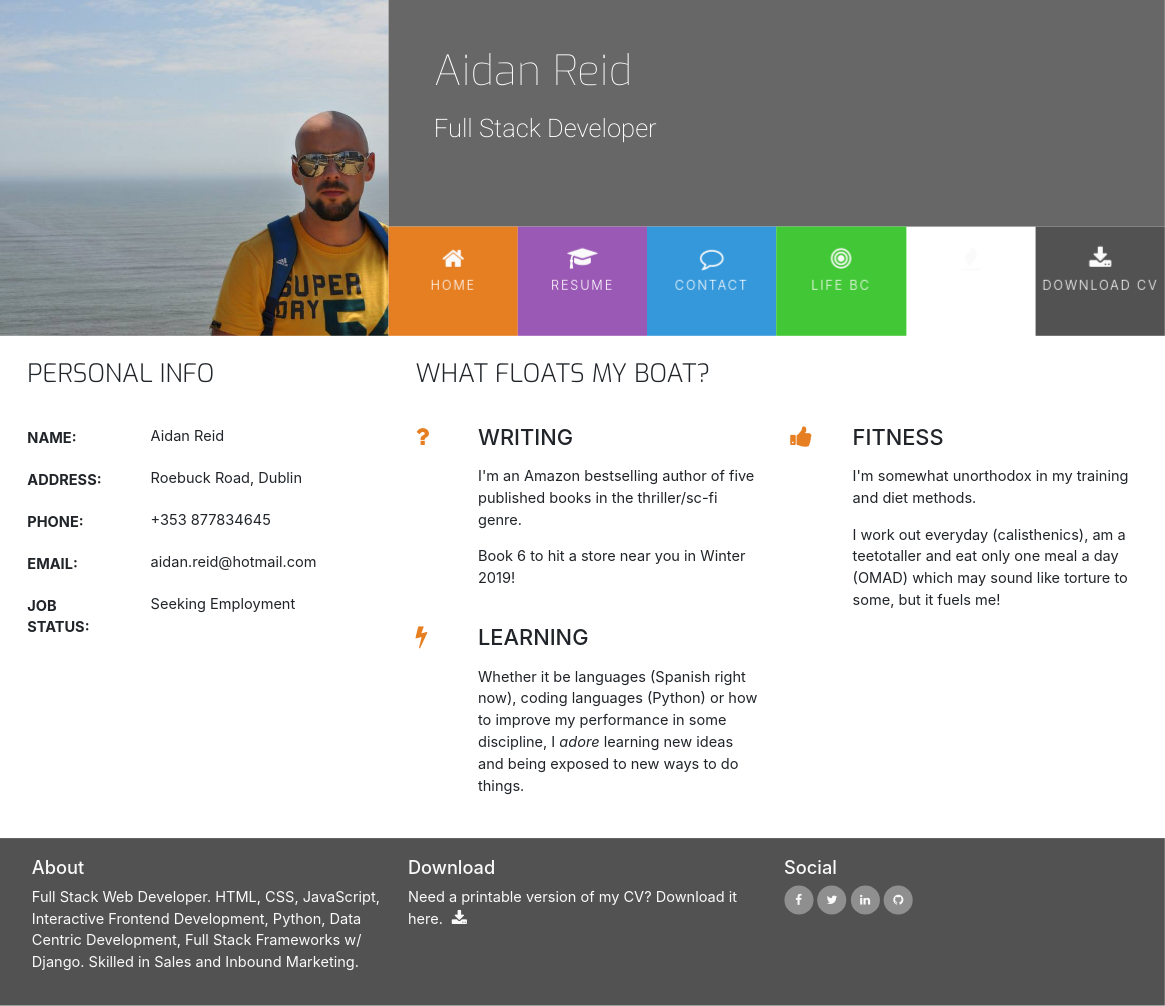
Repository: AidanJReid/Resume
Page: interests.html
The author's editor kept a record of every edit. The page is drawn from the files as they stood at one moment, then again after the next edit.
The browser window is 1280 px wide. The pictures show the whole page, at 91% of full size.

Above is the page before.

### interests.html
<!DOCTYPE html>
<html lang="en">

<head>
    <meta charset="UTF-8">
    <meta name="viewport" content="width=device-width, initial-scale=1.0">
    <meta http-equiv="X-UA-Compatible" content="ie=edge">
    <link rel="stylesheet" href="https://stackpath.bootstrapcdn.com/bootstrap/4.3.1/css/bootstrap.min.css" type="text/css" />
    <link rel="stylesheet" href="https://stackpath.bootstrapcdn.com/font-awesome/4.7.0/css/font-awesome.min.css" type="text/css" />
    <link rel="stylesheet" href="https://cdnjs.cloudflare.com/ajax/libs/hover.css/2.3.1/css/hover-min.css" type="text/css" />
    <link rel="stylesheet" href="assets/css/style.css" type="text/css" />
    <title>Aidan</title>
</head>

<body>
    <header>
        <div class="row no-gutters">
            <a href="index.html" class="col-lg-4 logo">

            </a>
            <div class="col-lg-8">
                <div class="row no-gutters bg-color-name-title">
                    <div class="col heading">
                        <h1 class="name">Aidan Reid</h1>
                        <h2 class="title">Full Stack Developer</h2>
                    </div>
                </div>
                <div class="row no-gutters">
                    <div class="col">
                        <ul id="nav" class="list-inline menucontainer">
                            <li class="col-6 col-sm-2 ui-menu-color-home list-inline-item menuitem">
                                <a href="index.html" class="hvr-sweep-to-bottom">
                                    <i class="fa fa-home" aria-hidden="true"></i>
                                    <span>Home</span>
                                </a>
                            </li>
                            <li class="col-6 col-sm-2 ui-menu-color-resume list-inline-item menuitem">
                                <a href="resume.html" class="hvr-sweep-to-bottom">
                                    <i class="fa fa-graduation-cap" aria-hidden="true"></i>
                                    <span>Resume</span>
                                </a>
                            </li>
                            <li class="col-6 col-sm-2 ui-menu-color-contact list-inline-item menuitem">
                                <a href="contact.html" class="hvr-sweep-to-bottom">
                                    <i class="fa fa-comment-o" aria-hidden="true"></i>
                                    <span>Contact</span>
                                </a>
                            </li>
                            <li class="col-6 col-sm-2 ui-menu-color-life list-inline-item menuitem">
                                <a href="life.html" class="hvr-sweep-to-bottom">
                                    <i class="fa fa-bullseye" aria-hidden="true"></i>
                                    <span>Life BC</span>
                                </a>
                            </li>
                            <li class="col-6 col-sm-2 ui-menu-color-interests list-inline-item menuitem">
                                <a href="interests.html" class="hvr-sweep-to-bottom">
                                    <i class="fa fa-fire" aria-hidden="true"></i>
                                    <span>Interests</span>
                                </a>
                            </li>
                            <li class="col-6 col-sm-2 ui-menu-color-download list-inline-item menuitem">
                                <a href="assets/CV/19AidReidCV.docx" target="_blank" class="hvr-sweep-to-bottom">
                                    <i class="fa fa-download" aria-hidden="true"></i>
                                    <span>Download CV</span>
                                </a>
                            </li>
                        </ul>
                    </div>
                </div>
            </div>
        </div>
    </header>
    <section class="container-fluid">
        <div class="row">
            <div class="col-md-4 bg-color-interests section-column">
                <div class="row">
                    <div class="col-12">
                        <h3 class="section-heading uppercase">Personal Info</h3>
                    </div>
                </div>
                <div class="personal-info-item">
                    <div class="key">
                        <p class="uppercase">
                            Name:
                        </p>
                    </div>
                    <div class="value">
                        <p>
                            Aidan Reid
                        </p>
                    </div>
                </div>
                <div class="personal-info-item">
                    <div class="key">
                        <p class="uppercase">
                            Address:
                        </p>
                    </div>
                    <div class="value">
                        <p>
                            Roebuck Road, Dublin
                        </p>
                    </div>
                </div>
                <div class="personal-info-item">
                    <div class="key">
                        <p class="uppercase">
                            Phone:
                        </p>
                    </div>
                    <div class="value">
                        <p>
                            +353 877834645
                        </p>
                    </div>
                </div>
                <div class="personal-info-item">
                    <div class="key">
                        <p class="uppercase">
                            Email:
                        </p>
                    </div>
                    <div class="value">
                        <p>
                            aidan.reid@hotmail.com
                        </p>
                    </div>
                </div>
                <div class="personal-info-item">
                    <div class="key">
                        <p class="uppercase">
                            Job Status:
                        </p>
                    </div>
                    <div class="value">
                        <p>
                            Seeking Employment
                        </p>
                    </div>
                </div>
            </div>
            <div class="col-md-8 bg-color-three-reasons section-column">
                <div class="row">
                    <div class="col">
                        <h3 class="section-heading uppercase">What floats my boat?</h3>
                    </div>
                </div>
                <div class="row">
                    <div class="col-10 offset-1 offset-sm-0 col-sm-4 col-md-6">
                        <div class="row">
                            <div class="col-2">
                                <i class="three-reasons-icon fa fa-question" aria-hidden="true"></i>
                            </div>
                            <div class="col-10">
                                <h4 class="three-reasons-heading uppercase" aria-hidden="true">Writing</h4>
                                <p>
                                    I'm an Amazon bestselling author of five published books in the thriller/sc-fi genre.
                                </p>
                                <p>Book 6 to hit a store near you in Winter 2019!</p>
                            </div>
                        </div>
                    </div>
                    <div class="col-10 offset-1 offset-sm-0 col-sm-4 col-md-6">
                        <div class="row">
                            <div class="col-2">
                                <i class="three-reasons-icon fa fa-thumbs-up" aria-hidden="true"></i>
                            </div>
                            <div class="col-10">
                                <h4 class="three-reasons-heading uppercase" aria-hidden="true">Fitness</h4>
                                <p>
                                    I'm somewhat unorthodox in my training and diet methods.</p>
                                <p> I work out everyday (calisthenics), am a teetotaller and eat only one meal a day (OMAD) which may sound like torture to some, but it fuels me!
                                </p>
                            </div>
                        </div>
                    </div>
                    <div class="col-10 offset-1 offset-sm-0 col-sm-4 col-md-6">
                        <div class="row">
                            <div class="col-2">
                                <i class="three-reasons-icon fa fa-bolt" aria-hidden="true"></i>
                            </div>
                            <div class="col-10">
                                <h4 class="three-reasons-heading uppercase" aria-hidden="true">Learning</h4>
                                <p>
                                    Whether it be languages (Spanish right now), coding languages (Python) or how to improve my performance in some discipline, I <em>adore</em> learning new ideas and being exposed to new ways to do things.
                                </p>
                            </div>
                        </div>
                    </div>
                </div>
            </div>

    </section>
    <footer class="container-fluid">
        <div id="footer-details" class="row">
            <div class="col-sm-4">
                <h5 class="uppercase-general-sub">About</h5>
                <p class="inline-block">
                    Full Stack Web Developer. HTML, CSS, JavaScript, Interactive Frontend Development, Python, Data Centric Development, Full Stack Frameworks w/ Django. Skilled in Sales and Inbound Marketing.
                </p>
            </div>
            <div class="col-sm-4">
                <h5 class="uppercase-general-sub">Download</h5>
                <p class="inline-block">
                    Need a printable version of my CV? Download it here.
                    <a href="assets/CV/19AidReidCV.docx" target="_blank" class="cv-pdf">
                        <i class="fa fa-download" aria-hidden="true"></i>
                        <span class="sr-only">Download link.</span>
                    </a>
                </p>
            </div>
            <div class="col-sm-4">
                <h5 class="uppercase-general-sub">Social</h5>
                <ul class="list-inline social-links">
                    <li class="list-inline-item">
                        <a href="https://www.facebook.com/aidanjreidauthor/" target="_blank">
                            <i class="fa fa-facebook" aria-hidden="true"></i>
                            <span class="sr-only">Facebook</span>
                        </a>
                    </li>
                    <li class="list-inline-item">
                        <a href="https://twitter.com/AidanJReid" target="_blank">
                            <i class="fa fa-twitter" aria-hidden="true"></i>
                            <span class="sr-only">Twitter</span>
                        </a>
                    </li>
                    <li class="list-inline-item">
                        <a href="https://www.linkedin.com/in/aidanreid/" target="_blank">
                            <i class="fa fa-linkedin" aria-hidden="true"></i>
                            <span class="sr-only">Linkedin</span>
                        </a>
                    </li>
                    <li class="list-inline-item">
                        <a href="https://github.com/AidanJReid" target="_blank">
                            <i class="fa fa-github" aria-hidden="true"></i>
                            <span class="sr-only">Github</span>
                        </a>
                    </li>
                </ul>
            </div>
        </div>

    </footer>

</body>

</html>

### assets/css/style.css
@import url('https://fonts.googleapis.com/css?family=Roboto:100,200,300,400,500,600,700|Exo:100,200,300,400,500,600,700');

/* -----------------------------------Colours */

.bg-color-name-title {
    background-color: #676767;
}

.bg-color-three-reasons {
    background-color: #fff;
}

.bg-color-personal-info {
    background-color: #f4f4f4;
}

.bg-color-work-history {
    background-color: #9b59b6;
}

.bg-color-contact {
    background-color: #fff;
}

.ui-menu-color-home {
    background-color: #e67e22;
}

.ui-menu-color-resume {
    background-color: #9b59b6;
}

.ui-menu-color-life {
    background-color: #42c736;
}

.ui-menu-color-interests {
    background-color: ;
}

.ui-menu-color-contact {
    background-color: #3498db;
}

.ui-menu-color-download {
    background-color: #525252;
}



/* -----------------------------------Special paddings/margins/text */

h1,
h2,
h3,
h4 {
    margin: 0;
}

.uppercase {
    text-transform: uppercase;
}

.general-sub {
    font-family: "Exo", sans-serif;
    font-weight: 300;
    color: #fafafa;
}

.inline-block {
    display: inline-block;
}

.row-table {
    display: table;
}

.section-column {
    display: table-cell;
    padding: 0 30px 30px;
    float: none;
}

.history-heading,
.section-heading {
    font-family: "Exo", sans-serif;
    font-weight: 300;
    margin-top: 25px;
    margin-bottom: 40px;
}

/* -----------------------------------Heading */

header {
    margin: 0;
}

.heading {
    margin-left: 50px;
}

.logo {
    background: url("../images/AJ.jpg");
    background-position: center;
    background-repeat: no-repeat;
    background-size: cover;
    min-height: 360px;
    transition: all .5s ease-in-out;
    -moz-transition: all .5s ease-in-out;
    -webkit-transition: all .5s ease-in-out;
}

.name {
    font-family: "Exo", sans-serif;
    font-weight: 100;
    font-size: 46px;
    margin-top: 50px;
    color: #fff;
}

.title {
    font-family: "Roboto", sans-serif;
    font-weight: 200;
    font-size: 28px;
    margin-top: 20px;
    margin-bottom: 90px;
    color: #fff;
}



.list-inline-item:not(:last-child) {
    margin: 0;
}

.menucontainer {
    font-size: 0;
}

#nav {
    margin: 0;
}

#nav li {
    font-size: 14px;
    padding: 0;
}

.menuitem {
    height: 120px;
    text-align: center;
    padding: 0;
}

.menuitem a {
    width: 100%;
    text-decoration: none;
    color: #fff;
    height: 120px;
}

.menuitem a i {
    padding-top: 22px;
    display: block;
    color: #fafafa;
    font-size: 26px;
}

.menuitem span {
    display: block;
    width: 100%;
    padding-top: 5px;
    text-align: center;
    text-transform: uppercase;
    font-size: 14px;
    font-weight: 300;
    letter-spacing: 2px;
}

/* -----------------------------------Hover.css */

.hvr-sweep-to-bottom:before {
    background: rgba(0, 0, 0, 0.2);
    height: 120px;
}

/* -----------------------------------Footer */

footer {
    background-color: #525252;
    color: #fafafa;
    min-height: 120px;
    margin: 0;
}

.cv-pdf i {
    font-size: 18px;
    color: #fafafa;
    text-align: center;
    padding-left: 5px;
    transition: all 0.35s ease-in-out;
    -moz-transition: all 0.35s ease-in-out;
    -webkit-transition: all 0.35s ease-in-out;
    -o-transition: all 0.35s ease-in-out;
}

.cv-pdf i:hover {
    color: #e84610;
}

.social-links {
    padding-bottom: 15px;
}

.social-links li a i {
    width: 32px;
    height: 32px;
    padding: 12px 0;
    border-radius: 50%;
    font-size: 13px;
    line-height: 7px;
    text-align: center;
    color: #fafafa;
    background: #8f8f8f;
    transition: all 0.35s ease-in-out;
    -moz-transition: all 0.35s ease-in-out;
    -webkit-transition: all 0.35s ease-in-out;
    -o-transition: all 0.35s ease-in-out;
}

.social-links li a i:hover {
    background: #e84610;
}

#footer-details {
    padding: 20px;
}

/* -----------------------------------3 reasons */

.three-reasons-icon {
    font-size: 26px;
    color: #e67e22;
}

.three-reasons-heading {
    margin-bottom: 15px;
}

/* -----------------------------------Personal Info */

.personal-info-item {
    margin-bottom: 20px;
    display: block;
    clear: both;
}

.personal-info-item .key,
.personal-info-item .value {
    padding-right: 8px;
    display: inline-block;
}

.personal-info-item .key p,
.personal-info-item .value p {
    margin: 0;
}

.personal-info-item .key {
    width: 30%;
    margin-right: 21px;
    padding-top: 2px;
    vertical-align: top;
}

.personal-info-item .key p {
    font-weight: 700;
}

.personal-info-item .value {
    position: relative;
    width: 60%;
}

/* -----------------------------------Skills */

.progress {
    position: relative;
    height: 25px;
    margin-bottom: 4px;
}

.progress-type {
    position: absolute;
    left: 0px;
    font-weight: 400;
    padding: 3px 30px 2px 10px;
    color: #fafafa;
    background-color: rgba(25, 25, 25, 0.2);
}

.progress-section {
    margin: 40px 20px;
}

/* -----------------------------------Work History */

.history-heading {
    color: #fafafa;
    margin-bottom: 50px;
}

.timeline-item {
    padding: 4em 2em 0em 2em;
    position: relative;
    color: #fafafa;
    border-left: 1px solid;
}

.timeline-item p {
    padding: 0;
    margin: 0;
}

.timeline-item:before {
    content: attr(data-dates);
    position: absolute;
    left: 2.5em;
    top: 3em;
    display: block;
    font-family: "Exo", sans-serif;
    font-weight: 500;
    font-size: 0.8em;
    padding: 0;
    margin: 0;
}

.timeline-item:after {
    width: 12px;
    height: 12px;
    display: block;
    top: 2.4em;
    position: absolute;
    left: -6px;
    border-radius: 12px;
    content: '';
    background: #fafafa;
}

.history-items {
    margin-bottom: 30px;
}

/* -----------------------------------Contact Form */

.contact-heading {
    font-family: "Exo", sans-serif;
    font-weight: 300;
    margin-top: 25px;
    margin-bottom: 20px;
}

.center-form {
    padding-top: 10px;
    margin: 0 auto;
    max-width: 70%;
}

button[type="submit"] {
    margin-top: 15px;
    margin-bottom: 20px;
    color: #fafafa;
    background-color: #e84610;
}

/* -----------------------------------Media Queries */

@media(min-width: 992px) {
    .center-form {
        padding-top: 30px;
        min-height: 240px;
        margin: 0 auto;
        max-width: 50%;
    }
}

After the next edit:
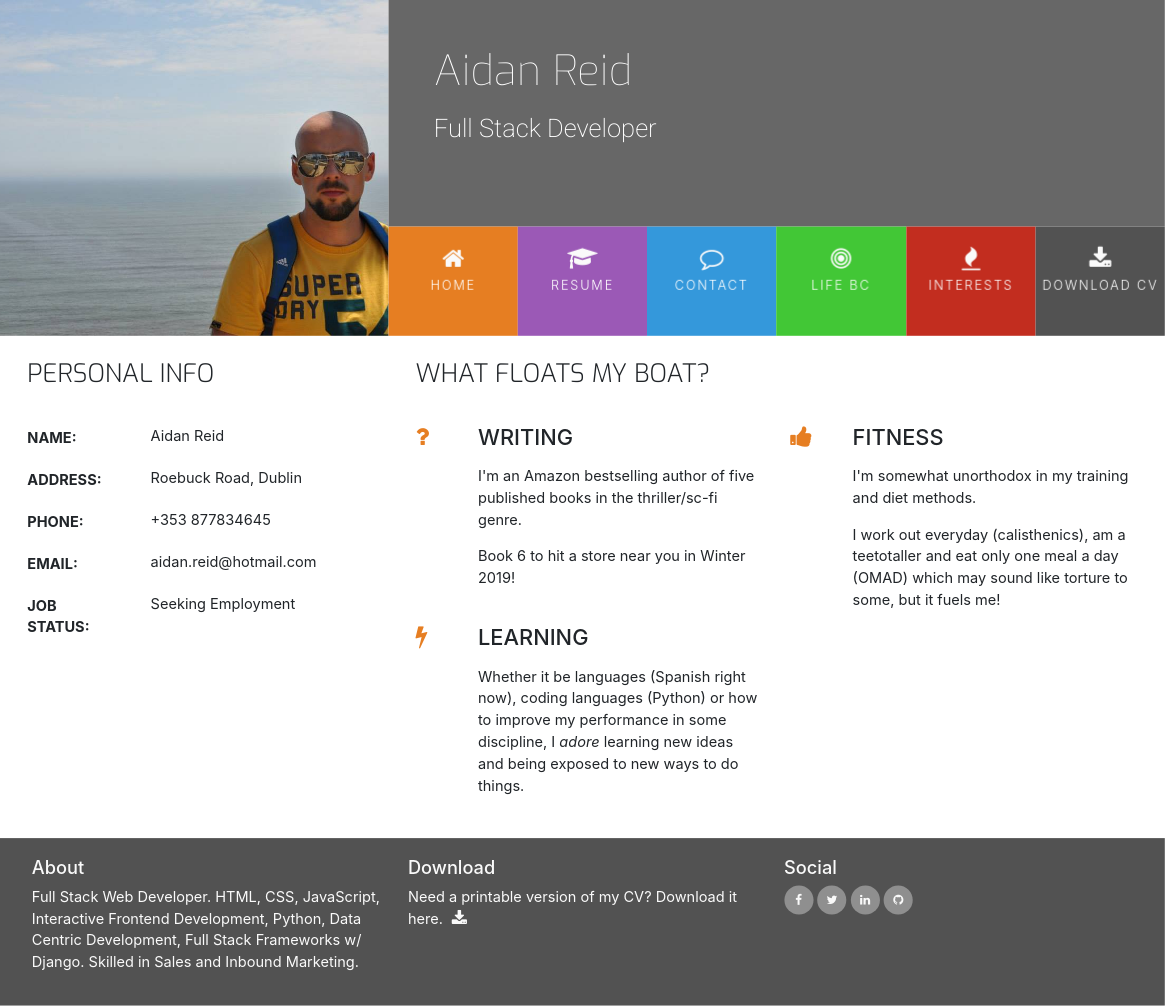
The edit:
--- a/assets/css/style.css
+++ b/assets/css/style.css
@@ -35,7 +35,7 @@
 }
 
 .ui-menu-color-interests {
-    background-color: ;
+    background-color: #c22d1f;
 }
 
 .ui-menu-color-contact {
